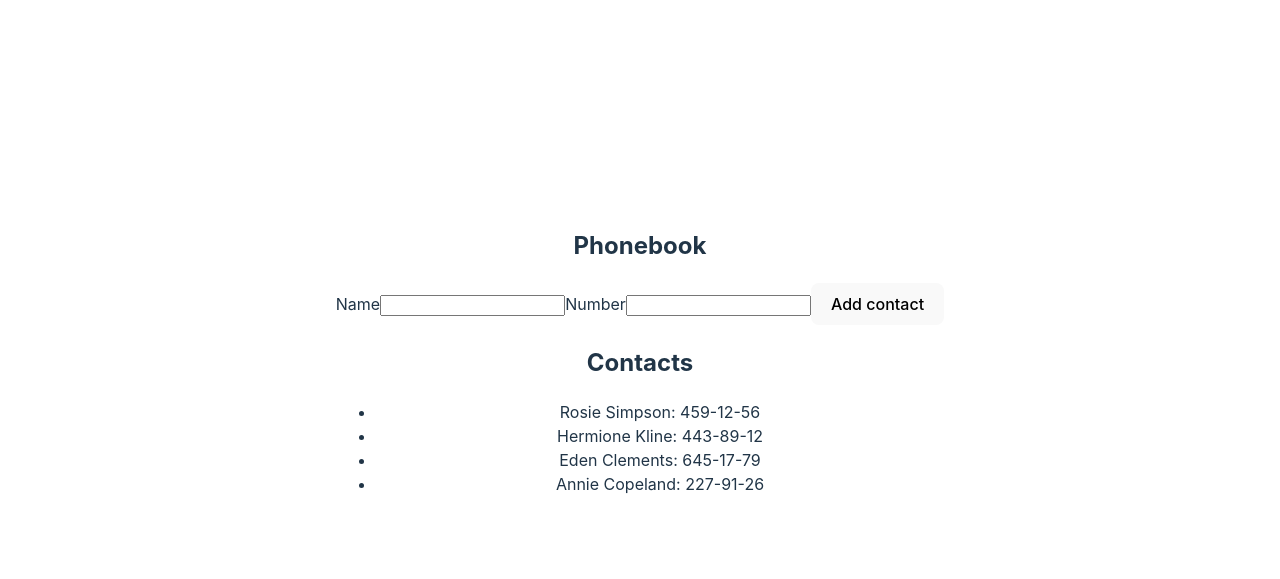
Repository: MagdalenaTyminska/React-Project-2
Page: /
The author's editor kept a copy of each file at every save. The page is drawn from the files as they stood at one save, then again after the next save.
The browser window is 1280 px wide. The pictures show the whole page.
The project was rebuilt for these pictures with package versions that can differ from the ones it lists, and the page was loaded fresh each time. Also part of the build but not shown: vite.config.ts.

Above is the page before, as saved 2024-11-06 22:17:15.

### index.html
<!DOCTYPE html>
<html lang="en">
	<head>
		<meta charset="UTF-8" />
		<link rel="icon" type="image/svg+xml" href="/vite.svg" />
		<meta name="viewport" content="width=device-width, initial-scale=1.0" />
		<title>Project-2</title>
	</head>
	<body>
		<div id="root"></div>
		<script type="module" src="/src/main.tsx"></script>
	</body>
</html>

### src/main.tsx
import React from 'react';
import ReactDOM from 'react-dom/client';
import { App } from './App.tsx';
import './index.css';

ReactDOM.createRoot(document.getElementById('root')!).render(
	<React.StrictMode>
		<App />
	</React.StrictMode>
);

### src/App.tsx
import './App.css';
import { Component } from 'react';
import { Section } from './Section/Section';
import { Form } from './Form/Form';

class App extends Component {
	render() {
		return (
			<div>
				<Section title='Phonebook'>
					<Form />
				</Section>
			</div>
		);
	}
}

export { App };

### src/Section/Section.tsx
import { Component, ReactNode } from 'react';

type SectionProps = {
	title: string;
	children: ReactNode;
};

export class Section extends Component<SectionProps> {
	render() {
		const { title, children } = this.props;

		return (
			<section>
				<h2>{title}</h2>
				{children}
			</section>
		);
	}
}

### src/Form/Form.tsx
import { Component } from 'react';
import { Input } from './Input/Input';
import { nanoid } from 'nanoid';
import users from '../users.json';
import { ContactList } from '../ContactList/ContactList';

interface Contact {
	id: string;
	name: string;
	number: string;
}

interface FormState {
	contacts: Contact[];
	name: string;
	number: string;
}

export class Form extends Component<{}, FormState> {
	state: FormState = {
		contacts: users as Contact[],
		name: '',
		number: '',
	};

	handleChange = (event: React.ChangeEvent<HTMLInputElement>): void => {
		const { name, value } = event.target;
		this.setState({
			[name]: value,
		} as Pick<FormState, 'name' | 'number'>);
	};

	handleSubmit = (event: React.FormEvent): void => {
		event.preventDefault();
		const { name, number, contacts } = this.state;

		if (contacts.some((contact) => contact.name === name)) {
			alert(`${name} is already in contacts.`);
			return;
		}

		const newContact: Contact = {
			id: nanoid(),
			name,
			number,
		};

		this.setState((prevState) => ({
			contacts: [...prevState.contacts, newContact],
			name: '',
			number: '',
		}));
	};

	render() {
		const { name, number, contacts } = this.state;

		return (
			<>
				<form onSubmit={this.handleSubmit}>
					<Input
						label='Name'
						type='text'
						name='name'
						pattern="^[a-zA-Zа-яА-Я]+(([' -][a-zA-Zа-яА-Я])?[a-zA-Zа-яА-Я]*)*$"
						title='Name may contain only letters, apostrophe, dash and spaces.'
						required
						value={name}
						onChange={this.handleChange}
					/>
					<Input
						label='Number'
						type='tel'
						name='number'
						pattern='\+?\d{1,4}?[-.\s]?\(?\d{1,3}?\)?[-.\s]?\d{1,4}[-.\s]?\d{1,4}[-.\s]?\d{1,9}'
						title='Phone number must be digits and can contain spaces, dashes, parentheses and can start with +'
						required
						value={number}
						onChange={this.handleChange}
					/>
					<button type='submit'>Add contact</button>
				</form>

				<ContactList contacts={contacts} />
			</>
		);
	}
}

### src/Form/Input/Input.tsx
import { Component } from 'react';

type InputProps = {
	label: string;
	type: string;
	name: string;
	pattern: string;
	title: string;
	required: boolean;
	value: string;
	onChange: (event: React.ChangeEvent<HTMLInputElement>) => void;
};

export class Input extends Component<InputProps> {
	render() {
		const { label, type, name, pattern, title, required, onChange, value } = this.props;

		return (
			<>
				<label>{label}</label>
				<input type={type} name={name} pattern={pattern} title={title} required={required} onChange={onChange} value={value} />
			</>
		);
	}
}

### src/users.json
[
    {
        "id": "id-1",
        "name": "Rosie Simpson",
        "number": "459-12-56"
    },
    {
        "id": "id-2",
        "name": "Hermione Kline",
        "number": "443-89-12"
    },
    {
        "id": "id-3",
        "name": "Eden Clements",
        "number": "645-17-79"
    },
    {
        "id": "id-4",
        "name": "Annie Copeland",
        "number": "227-91-26"
    }
]

### src/ContactList/ContactList.tsx
import { Component } from 'react';

interface Contact {
	id: string;
	name: string;
	number: string;
}

interface ContactListProps {
	contacts: Contact[];
}

export class ContactList extends Component<ContactListProps> {
	render() {
		const { contacts } = this.props;

		return (
			<>
				<h2>Contacts</h2>
				<ul>
					{contacts.map((contact) => (
						<li key={contact.id}>
							{contact.name}: {contact.number}
						</li>
					))}
				</ul>
			</>
		);
	}
}

Loaded but not shown: src/index.css (common file); src/App.css (common file)

After the next save:
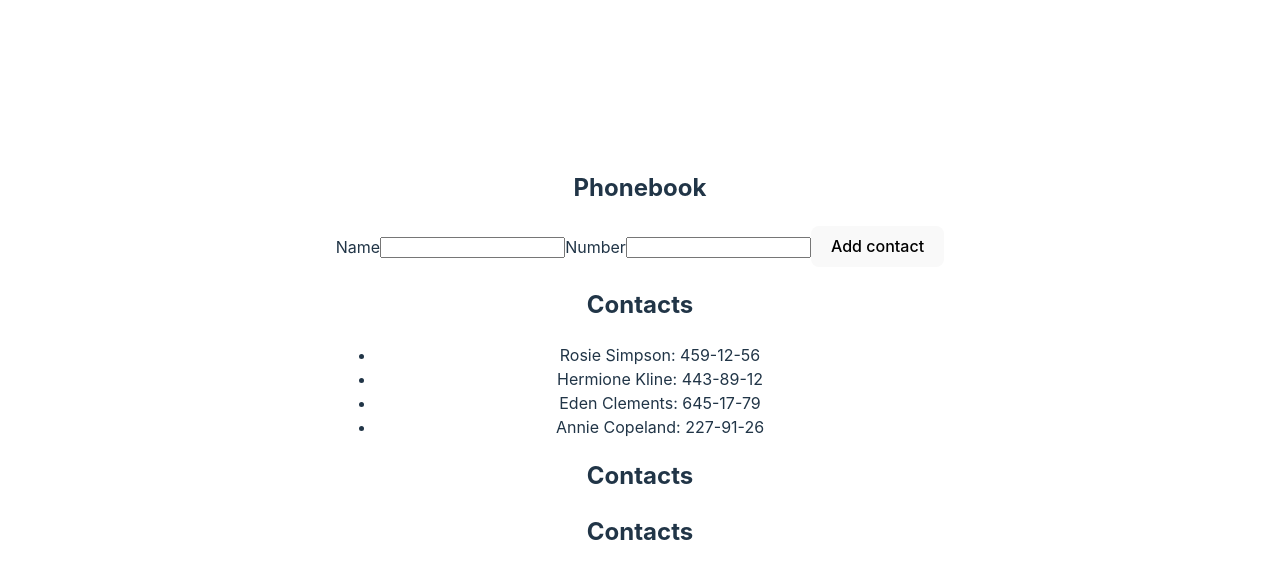
Saved 4 min 24 s later.
--- a/src/App.tsx
+++ b/src/App.tsx
@@ -2,13 +2,29 @@
 import { Component } from 'react';
 import { Section } from './Section/Section';
 import { Form } from './Form/Form';
+import { ContactList } from './ContactList/ContactList';
+import { Contact } from './Form/Form'; // zaimportuj interfejs Contact, jeśli nie jest zaimportowany
 
 class App extends Component {
+	state = {
+		contacts: [] as Contact[], // Inicjalizuj stan kontaktów
+	};
+
+	// Funkcja do dodawania nowego kontaktu
+	addContact = (newContact: Contact) => {
+		this.setState((prevState) => ({
+			contacts: [...prevState.contacts, newContact],
+		}));
+	};
+
 	render() {
 		return (
 			<div>
 				<Section title='Phonebook'>
-					<Form />
+					<Form addContact={this.addContact} /> {/* Przekazujemy addContact jako prop */}
+				</Section>
+				<Section title='Contacts'>
+					<ContactList contacts={this.state.contacts} /> {/* Przekazujemy kontakty */}
 				</Section>
 			</div>
 		);
